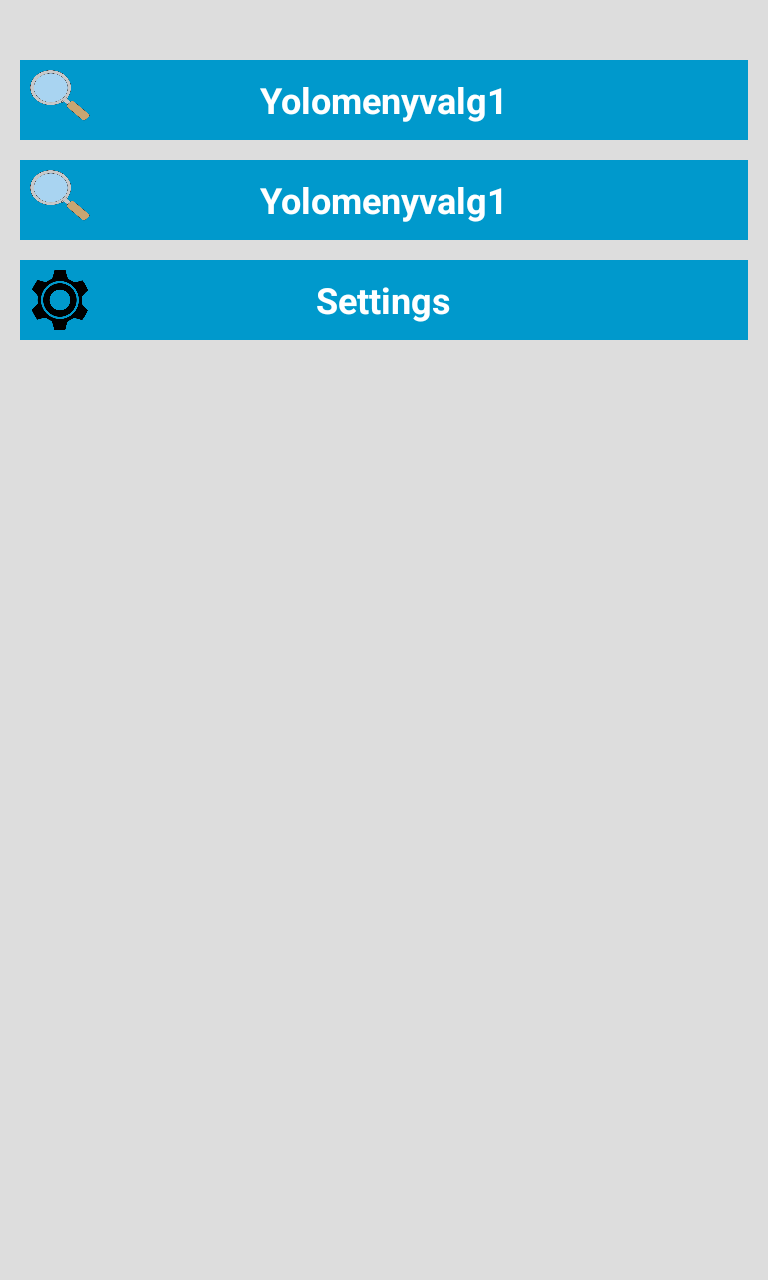
Repository: pumalove/workspace
Layout: MainActivity/res/layout/gridview.xml
These files come from the project's save history. The layout is drawn as it stood at one moment and after the next save; the edit follows.
It is drawn on a 768 x 1280 px phone screen (xhdpi) without system bars, with theme AppTheme; the app's code is not run. Lists and similar views that code fills are empty.

Above is the layout before, as saved 2014-03-18 13:30:41.

After the next save:
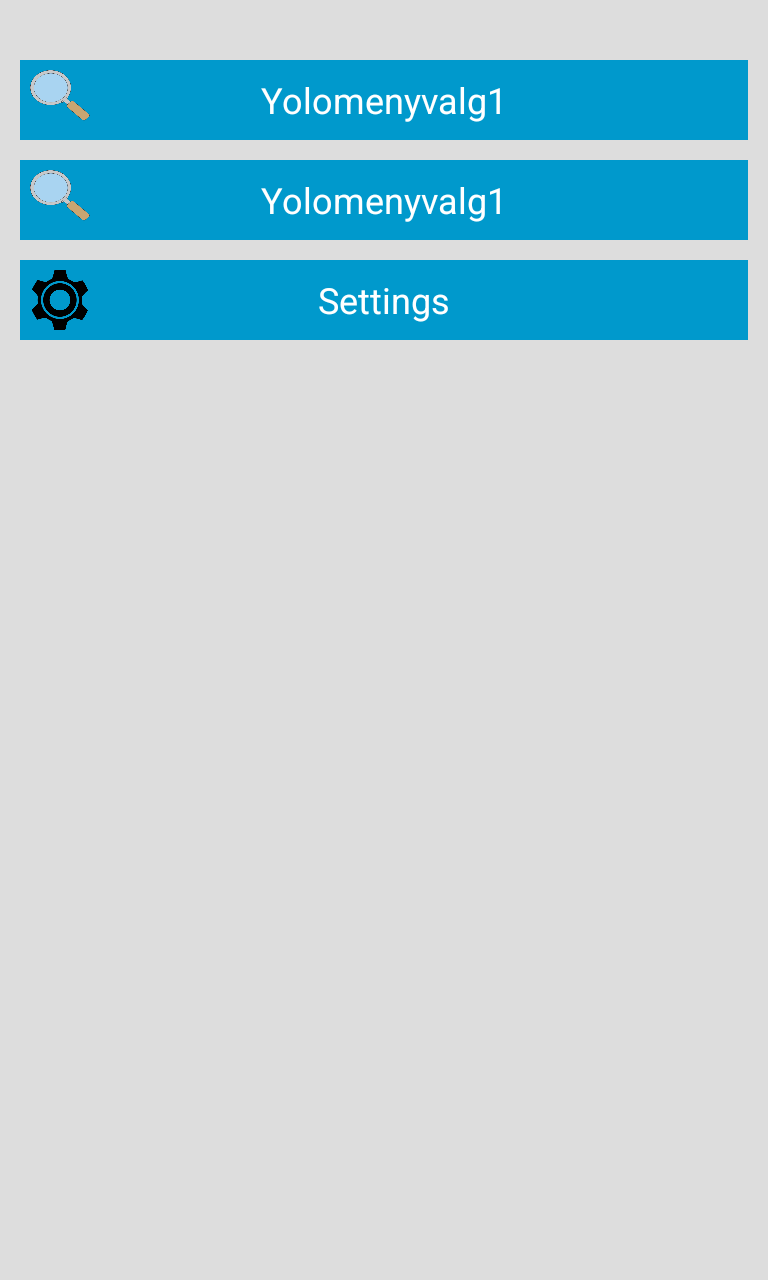
Saved 2 min 4 s later.
--- a/MainActivity/res/layout/gridview.xml
+++ b/MainActivity/res/layout/gridview.xml
@@ -66,7 +66,7 @@
                 	android:textColor="#FFFFFF"
                 	android:textSize="18dp"
                 	android:layout_marginRight="40dp"
-                	android:textStyle="bold"/>
+                	/>
 			</LinearLayout>
 		</LinearLayout>
 
@@ -104,7 +104,7 @@
                 	android:textColor="#FFFFFF"
                 	android:textSize="18dp"
                 	android:layout_marginRight="40dp"
-                	android:textStyle="bold"/>
+                	/>
 			</LinearLayout>
 
         </LinearLayout>
@@ -142,7 +142,7 @@
                 	android:textColor="#FFFFFF"
                 	android:textSize="18dp"
                 	android:layout_marginRight="40dp"
-                	android:textStyle="bold"/>
+                	/>
 			</LinearLayout>
 
         </LinearLayout>
